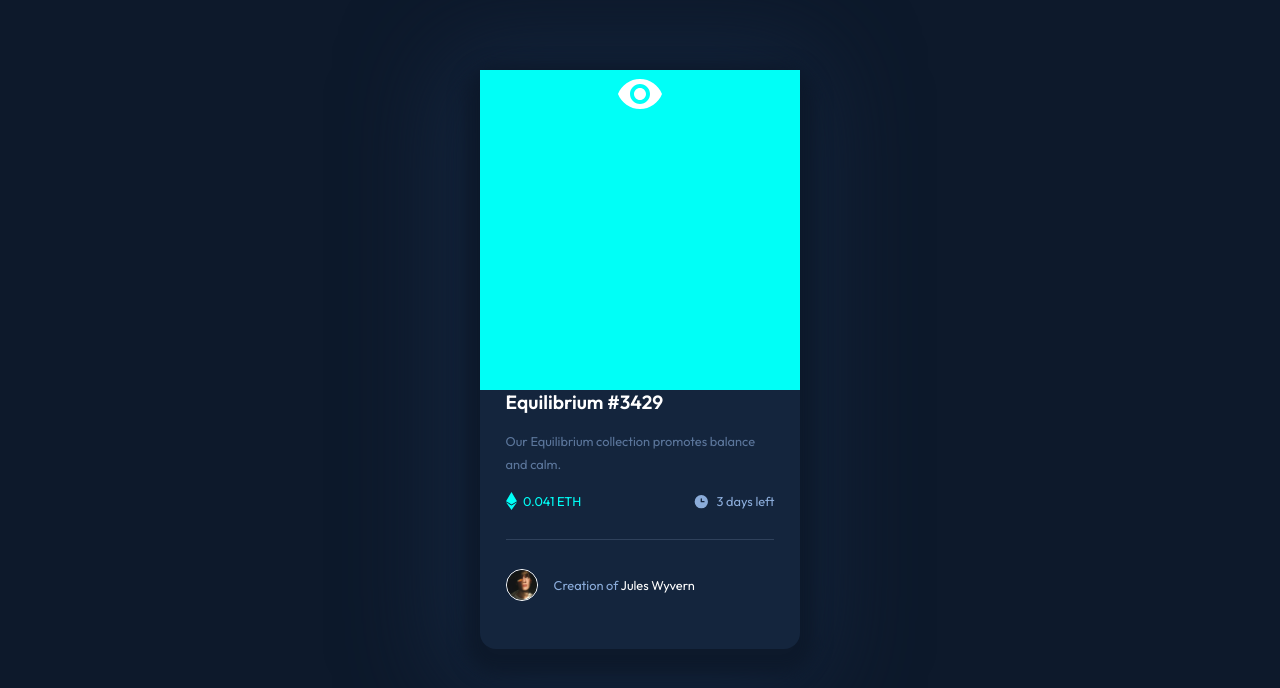
Repository: thaibaocoder1/nft-preview-card-component
Page: index.html
The author's editor kept a copy of each file at every save. The page is drawn from the files as they stood at one save, then again after a run of saves.
The browser window is 1280 px wide. The pictures show the whole page.
The pointer rests on the first visible `.container .modal`.

Above is the page before, as saved 2023-01-06 20:13:33.

After the next 2 saves:
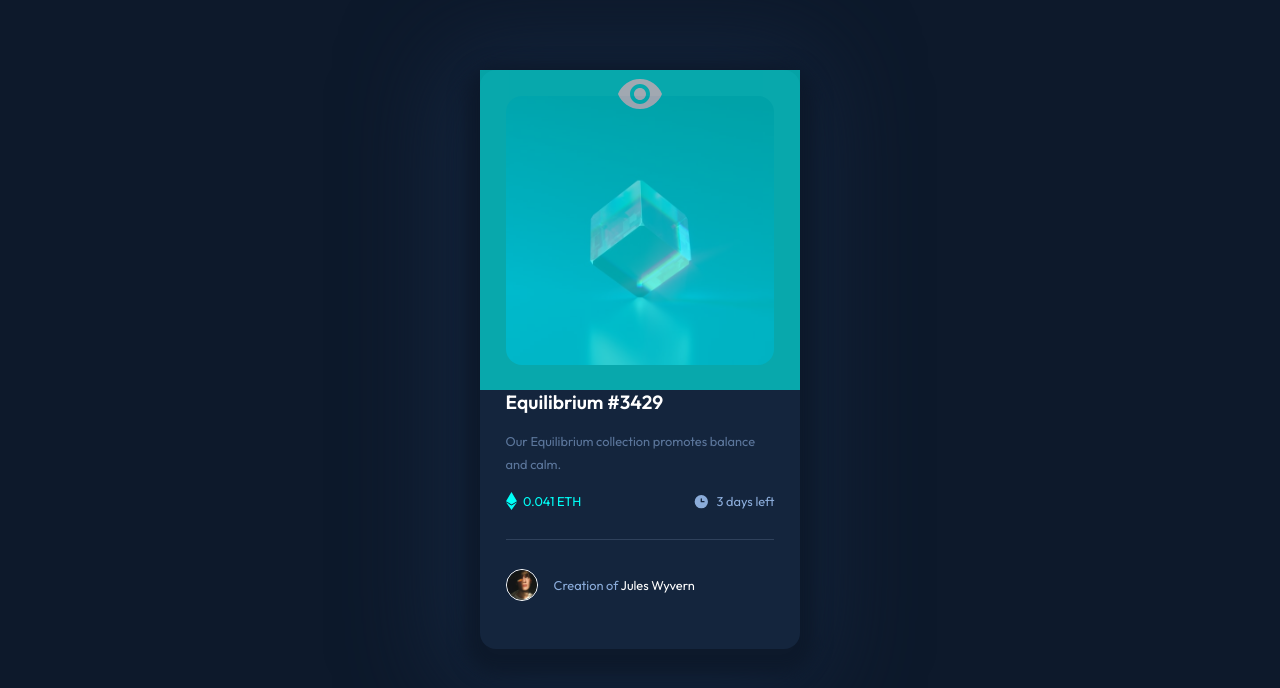
The 2 saves are shown as one change because they came seconds apart.
The last was saved 16 s later.
--- a/style.css
+++ b/style.css
@@ -52,7 +52,7 @@ body {
     background-color: var(--cyan-color);
 }
 .container .modal:hover .overlay {
-    opacity: 1;
+    opacity: 0.6;
 }
 .container .container-img {
     max-width: 100%;
